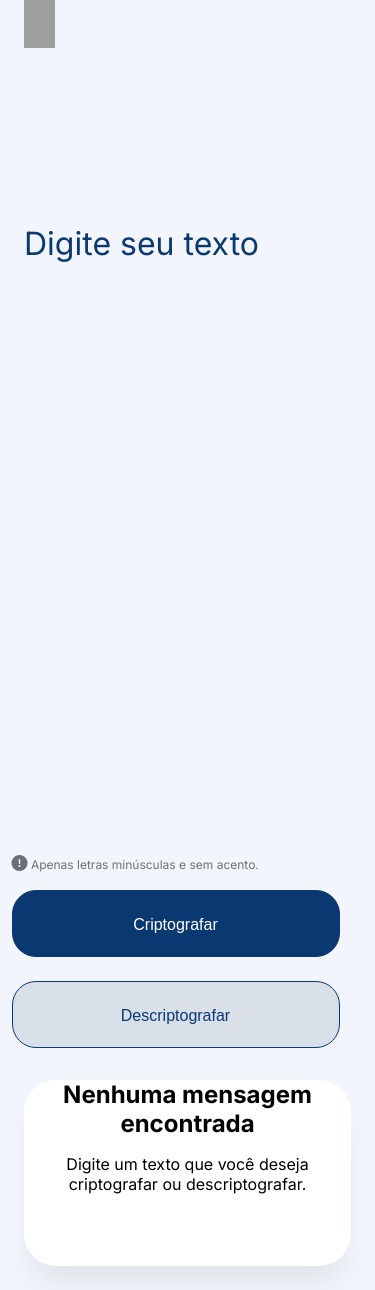
Repository: CarlosEduardoVdeOliveira/descodificador-de-texto
Page: index.html
These files come from the project's save history. The page is drawn as it stood at one moment and after the next save; the edit follows.
The browser window is 375 px wide. The pictures show the whole page.
Pictures or frames that could not be fetched are drawn as grey boxes.

Above is the page before, as saved 2023-04-13 09:03:56.

### index.html
<!DOCTYPE html>
<html lang="en">
<head>
   <meta charset="UTF-8">
   <link rel="preconnect" href="https://fonts.googleapis.com">
   <link rel="preconnect" href="https://fonts.gstatic.com" crossorigin>
   <meta http-equiv="X-UA-Compatible" content="IE=edge">
   <meta name="viewport" content="width=device-width, initial-scale=1.0">
   <link href="https://fonts.googleapis.com/css2?family=Inter:wght@400;700&display=swap" rel="stylesheet">
   <link rel="stylesheet" href="https://cdnjs.cloudflare.com/ajax/libs/font-awesome/6.4.0/css/all.min.css" integrity="sha512-iecdLmaskl7CVkqkXNQ/ZH/XLlvWZOJyj7Yy7tcenmpD1ypASozpmT/E0iPtmFIB46ZmdtAc9eNBvH0H/ZpiBw==" crossorigin="anonymous" referrerpolicy="no-referrer" />
   <link rel="stylesheet" href="/public/styles/reset.css">
   <link rel="stylesheet" href="/public/styles/index.css">
   <link rel="stylesheet" href="/public/styles/tablet.css">
   <link rel="stylesheet" href="/public/styles/mobile.css">
   <title>Decodificador</title>
</head>
<body>
   <main>
      <img src="/public/images/imageLogo2.png"
         alt="letra a da logo da escola de programação Alura">
      <div class="frist-area">
         <textarea class="textarea-input" placeholder="Digite seu texto" autofocus></textarea>
         <div class="info">
            <span>
               <i class="fa-solid fa-circle-exclamation"></i>
               Apenas letras minúsculas e sem acento.
            </span>
            <div class="info-group-button">
               <button class="button-cryptography">Criptografar</button>
               <button class="button-decryption">Descriptografar</button>
            </div>
         </div>
      </div>
      <div class="text-cryption">
         <img src="/public/images/imageHighLight.svg" alt="">
         <div>
            <h2>Nenhuma mensagem encontrada</h2>
            <p>
               Digite um texto que você deseja criptografar ou descriptografar.
            </p>
         </div>
      </div>
   </main>
   <script src="/public/scripts/index.js"></script>
</body>
</html>

### public/styles/reset.css
:root{
   --light-gray: #D8DFE8;
   --gray-100: #CED4DA;
   --gray-200: #ADB5BD;
   --gray-300: #868E96;
   --gray-400: #495057;
   --gray-500: #343A40;
   --light-blue-100: #F3F5FC;
   --light-blue-200: #EFF1FA;
   --light-blue-300: #E9ECF8;
   --light-blue-400: #AAB2D5;
   --light-blue-500: #757FB2;
   --dark-blue-100: #609ED4;
   --dark-blue-200: #356EA9;
   --dark-blue-300: #0A3871;
   --dark-blue-400: #072B61;
   --dark-blue-500: #052051;
}
*{
   margin: 0;
   padding: 0;
   box-sizing: border-box;
}

html{
   font-family:  'Inter', sans-serif;
   font-size: 1rem;
}

### public/styles/index.css
/* header{
   width: 100%;
   height: 2.5rem;
} */
body{
   background-color: var(--light-blue-100);
}
img{
   width: 1.943rem;
   height: 3rem;
   margin-top: 2.5rem;
}
main {
   display: flex;
   justify-content: space-around;
   align-items: self-start;
   margin: 0 auto;
}
.frist-area{
   display: flex;
   flex-direction: column;
   margin-top: 7.5rem;
}
textarea.textarea-input{
   width: 100%;
   height: 39.68rem;
   font-family: 'Inter';
   font-size: 32px;
   line-height: 150%;
   background-color: var(--light-blue-100);
   color: var(--dark-blue-300);
   border: none;
   resize: none;
   margin: 1.5rem auto;
   padding: 1.5rem;
}
textarea.textarea-input:focus{
   outline: 0;
}

textarea.textarea-input::placeholder{
   color: var(--dark-blue-300);
}

i{
   color: var(--gray-400);
   font-size: 1rem;
}
span{
   font-size: 12px;
   color: var(--gray-400);
   line-height: 150%;
   opacity: 0.8;
   margin-bottom: 1rem;
}
button{
   padding: 1.5rem;
   gap: .5rem;
   width: 328px;
   height: 67px;
   border-radius: 1.5rem;
   cursor: pointer;
   font-size: 1rem;
   line-height: 19px;
   border: 1px solid var(--dark-blue-300);
   transition: all .2s;
}
.button-cryptography{
   background-color: var(--dark-blue-300);
   color: white;
   margin-right: 1.5rem;
}
.button-cryptography:hover{
   background-color: var(--dark-blue-400);
}
.button-decryption{
   background: var(--light-gray);
   color: var(--dark-blue-300);
}
.button-decryption:hover{
   background-color: var(--light-blue-200);
}
.text-cryption{
   width: 25rem;
   margin: 2.5rem;
   padding: 15.188rem 2rem;
   text-align: center;
   background-color: white;
   /* shadow */
   box-shadow: 0px 24px 32px -8px rgba(0, 0, 0, 0.08);
   border-radius: 32px;
}
.text-cryption img{
   width: 21rem;
   height: 19rem;
}
.text-cryption div{
   display: flex;
   flex-direction: column;

   margin-top: 2rem;
   padding: 0px;
   gap: 16px;
}
.format-text-cryption{
   /* padding: 2rem;
   position: relative; */

}

.button-copy-cryption{
   background-color: white;
}
.button-copy-cryption:hover{
   background-color: var(--light-blue-200);
}

### public/styles/tablet.css
@media (max-width: 768px) {
   main{
      display: block;
   }
   .textarea-input{
      margin: 0 auto;
   }
   .info{
      display: flex;
      flex-direction: column;
      margin: 0 auto;
   }
   .text-cryption{
      width: 43rem;
      height: 8.313rem;
      padding: 0;
      margin: 1.5rem auto;
   }
   .text-cryption img{
      display: none;
   }
}

### public/styles/mobile.css
@media (max-width: 375px) {
   img{
      margin: 0 1.5rem;
   }
   .info{
      margin: 0 auto;
   }
   .info-group-button{
      display: flex;
      flex-direction: column;
   }
   .info-group-button .button-cryptography{
      margin-bottom: 1.5rem;
   }
   .text-cryption{
      width: 20.438rem;
      height: 11.625rem;
      padding: 0;
      margin: 1.5rem auto;
   }
}

### public/scripts/index.js
const elementTextarea = document.querySelector("textarea.textarea-input");
const areaCryption = document.querySelector(".text-cryption");
const buttonCryptography = document.querySelector(".button-cryptography");
const buttonDecryption = document.querySelector(".button-decryption");


function alterTextCryptionArea(){
   areaCryption.classList.remove('text-cryption')
   areaCryption.innerHTML = `
      <p>${elementTextarea.value}</p>
      <button class="button-copy-cryption">Copiar</button>
   `;
}
/*
function copyText(){
   const text = document.querySelector("format-text-cryption")
   text.select();
   document.execCommand('copy');
} */
/* document.querySelector("button-copy-cryption").onclick = copyText */
buttonCryptography.onclick = alterTextCryptionArea
buttonDecryption.onclick = alterTextCryptionArea

After the next save:
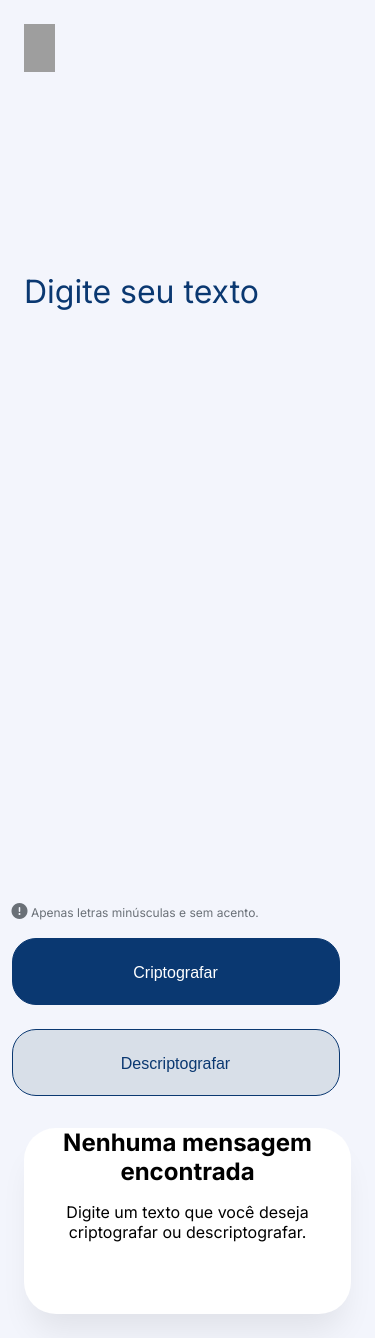
Saved 6 s later.
--- a/public/styles/mobile.css
+++ b/public/styles/mobile.css
@@ -1,6 +1,6 @@
 @media (max-width: 375px) {
    img{
-      margin: 0 1.5rem;
+      margin: 1.5rem;
    }
    .info{
       margin: 0 auto;
